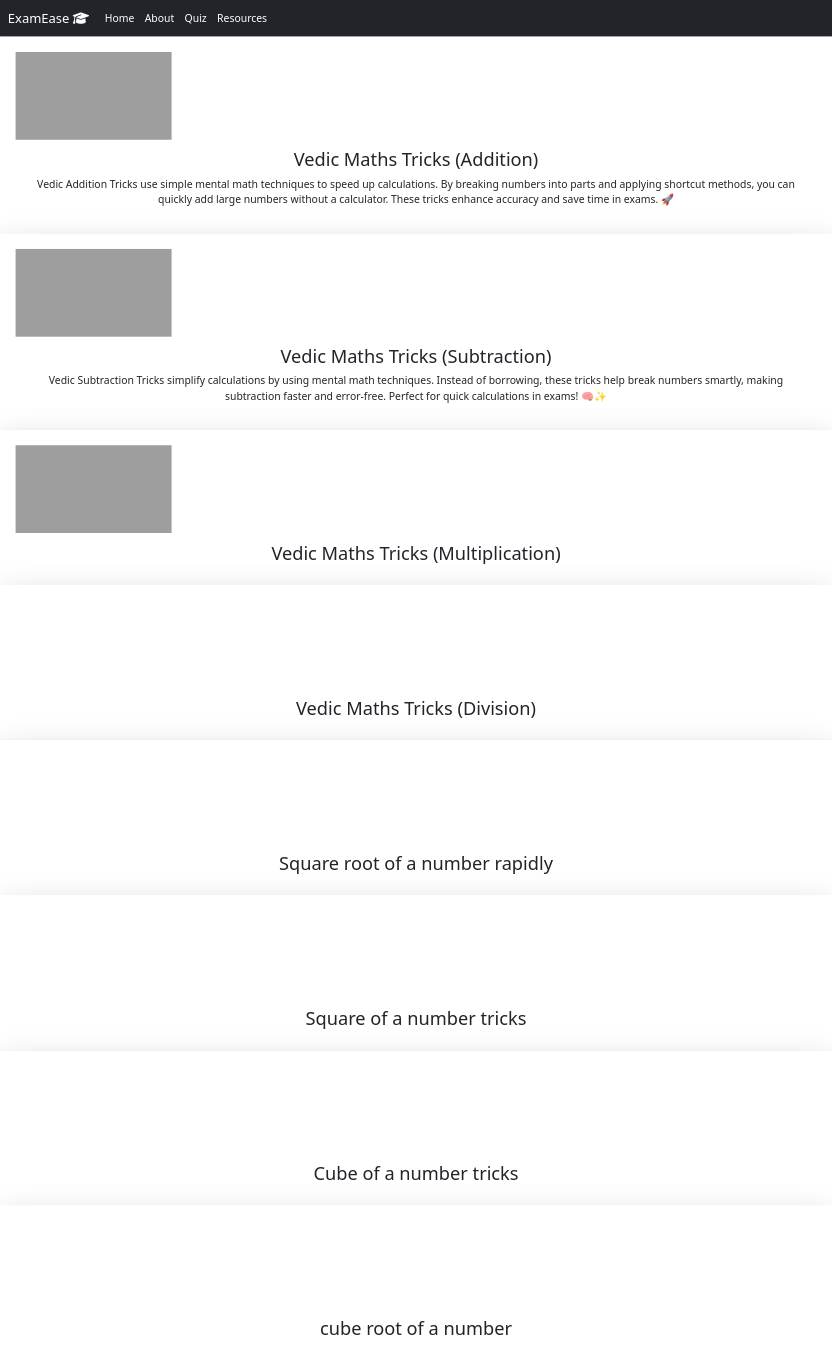
Repository: rahul-chakradhari/devquest
Page: /res (app in project/)
These files come from the project's save history. The page is drawn as it stood at one moment and after the next save; the edit follows.
The browser window is 1280 px wide. The pictures show the whole page, at 65% of full size.
Pictures or frames that could not be fetched are drawn as grey boxes. The project was rebuilt for these pictures with package versions that can differ from the ones it lists, and the page was loaded fresh each time. Also part of the build but not shown: project/vite.config.js, project/src/App.css, project/src/components/Home.jsx, project/src/components/About.jsx, project/src/components/ProgressBar.jsx, project/src/components/PerformanceAnalysis.jsx, project/src/components/Quiz.jsx, project/src/index.css.

Above is the page before, as saved 2025-02-24 14:59:34.

### project/index.html
<!DOCTYPE html>
<html lang="en">
  <head>
    <meta charset="UTF-8" />
    <link rel="icon" type="image/svg+xml" href="/vite.svg" />
    <meta name="viewport" content="width=device-width, initial-scale=1.0" />
    <title>ExamEase - Interactive Quiz & Assessment System</title>
    <link
      href="https://cdn.jsdelivr.net/npm/bootstrap@5.3.3/dist/css/bootstrap.min.css"
      rel="stylesheet"
      integrity="sha384-QWTKZyjpPEjISv5WaRU9OFeRpok6YctnYmDr5pNlyT2bRjXh0JMhjY6hW+ALEwIH"
      crossorigin="anonymous"
    />
    <link rel="stylesheet" href="https://cdnjs.cloudflare.com/ajax/libs/font-awesome/6.5.1/css/all.min.css">

  </head>
  <body>
    <div id="root"></div>
    <script type="module" src="/src/main.jsx"></script>
    <script
      src="https://cdn.jsdelivr.net/npm/bootstrap@5.3.3/dist/js/bootstrap.bundle.min.js"
      integrity="sha384-YvpcrYf0tY3lHB60NNkmXc5s9fDVZLESaAA55NDzOxhy9GkcIdslK1eN7N6jIeHz"
      crossorigin="anonymous"
    ></script>
  </body>
</html>

### project/src/App.jsx
import { useState } from "react";
import "./App.css";
import React from "react";
import { BrowserRouter as Router, Routes, Route } from "react-router-dom";
import Navbar from "./components/Navbar";
import Home from "./components/Home";
import About from "./components/About";
import Quiz from "./components/Quiz";
import ProgressBar from "./components/ProgressBar";
import PerformanceAnalysis from "./components/PerformanceAnalysis";
import Resources from "./components/Resources";

function App() {
  const [count, setCount] = useState(0);
  const [questionStats, setQuestionStats] = useState({});
  return (
    <>
      <Router>
        <Navbar />
        <Routes>
          <Route path="/about" element={<About />} />
          <Route path="/" element={<Home />} />
          <Route path="/quiz" element={<Quiz />} />
          <Route path="/bar" element={<ProgressBar />} />
          <Route
            path="/performance-analysis"
            element={
              <PerformanceAnalysis questionStats={questionStats || {}} />
            }
          />
          <Route path="/res" element={<Resources />} />
        </Routes>
      </Router>
    </>
  );
}

export default App;

### project/src/components/Navbar.jsx
import React from "react";
import { Link } from "react-router-dom";

const Navbar = () => {
  return (
    <nav className="navbar navbar-expand-lg navbar-dark bg-dark">
      <div className="container-fluid">
        <Link className="navbar-brand" to="/">
          ExamEase <i className="fa-solid fa-graduation-cap"></i>
        </Link>
        <button
          className="navbar-toggler"
          type="button"
          data-bs-toggle="collapse"
          data-bs-target="#navbarSupportedContent"
          aria-controls="navbarSupportedContent"
          aria-expanded="false"
          aria-label="Toggle navigation"
        >
          <span className="navbar-toggler-icon"></span>
        </button>
        <div className="collapse navbar-collapse" id="navbarSupportedContent">
          <ul className="navbar-nav me-auto mb-2 mb-lg-0">
            <li className="nav-item">
              <Link className="nav-link active" to="/">
                Home
              </Link>
            </li>
            <li className="nav-item">
              <Link className="nav-link active" to="/about">
                About
              </Link>
            </li>
            <li className="nav-item">
              <Link className="nav-link active" to="/quiz">
                Quiz
              </Link>
            </li>
            <li className="nav-item">
              <Link className="nav-link active" to="/res">
                Resources
              </Link>
            </li>
          </ul>
        </div>
      </div>
    </nav>
  );
};

export default Navbar;

### project/src/components/Resources.jsx
import React from "react";

const resources = [
  {
    title: "Vedic Maths Tricks (Addition)",
    description:
      "Vedic Addition Tricks use simple mental math techniques to speed up calculations. By breaking numbers into parts and applying shortcut methods, you can quickly add large numbers without a calculator. These tricks enhance accuracy and save time in exams. 🚀",
    video: "https://www.youtube.com/embed/Z4J9kf9Z0h0",
  },
  {
    title: "Vedic Maths Tricks (Subtraction)",
    description:
      "Vedic Subtraction Tricks simplify calculations by using mental math techniques. Instead of borrowing, these tricks help break numbers smartly, making subtraction faster and error-free. Perfect for quick calculations in exams! 🧠✨",
    video: "https://www.youtube.com/embed/5XG7WETxBeM",
  },
  {
    title: "Vedic Maths Tricks (Multiplication)",
    video: "https://www.youtube.com/embed/Nl-AG8g5WG8",
  },
  {
    title: "Vedic Maths Tricks (Division)",
    video: "https://www.youtube.com/embed/-9S5wVAms64",
  },
  {
    title: "Square root of a number rapidly",
    video: "https://www.youtube.com/embed/b2GltE6XB-s",
  },
  {
    title: "Square of a number tricks  ",
    video: "https://www.youtube.com/embed/WldtPett0U4",
  },
  {
    title: "Cube of a number tricks",
    video: "https://www.youtube.com/embed/86j_10sMh1o",
  },
  {
    title: "cube root of a number ",
    video: "https://www.youtube.com/embed/e4fxH6I_iHA",
  },
  ,
];

const Resources = () => {
  return (
    <div className="grid grid-cols-1 sm:grid-cols-2 md:grid-cols-3 gap-6">
      {resources.map((item, index) => (
        <div
          key={index}
          className="bg-white p-4 w-80 rounded-lg shadow-lg flex flex-col items-center"
        >
          <iframe
            width="240"
            height="135"
            src={item.video}
            title={item.title}
            frameBorder="0"
            allowFullScreen
            className="rounded-lg block"
          />
          <h3 className="text-lg font-semibold mt-2 text-center">
            {item.title}
          </h3>

          {item.description && (
            <p className="text-sm text-gray-600 mt-2 text-center px-2">
              {item.description}
            </p>
          )}
        </div>
      ))}
    </div>
  );
};

export default Resources;

Loaded but not shown: project/src/main.jsx (common file)

After the next save:
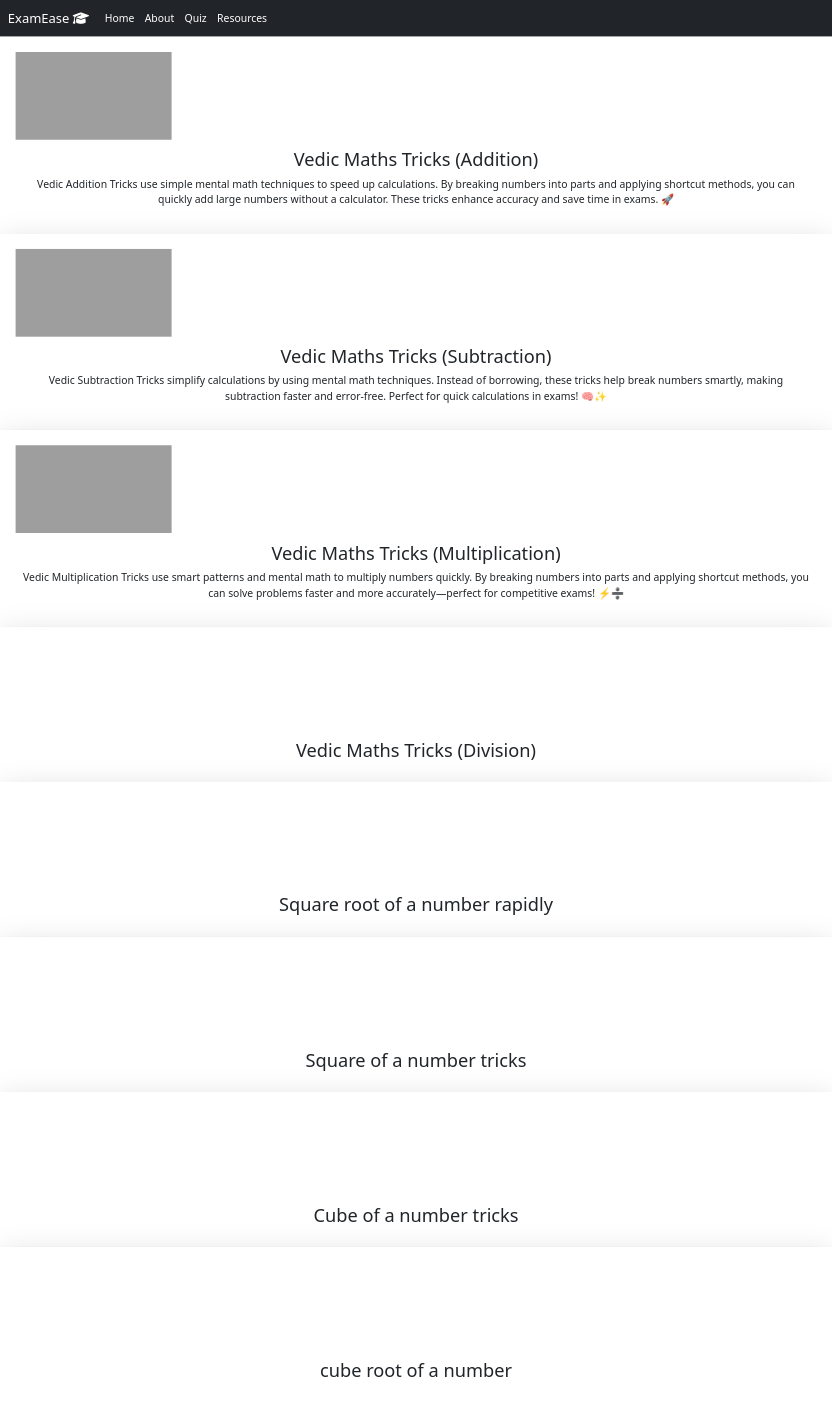
Saved 44 s later.
--- a/project/src/components/Resources.jsx
+++ b/project/src/components/Resources.jsx
@@ -15,6 +15,8 @@ const resources = [
   },
   {
     title: "Vedic Maths Tricks (Multiplication)",
+    description:
+      "Vedic Multiplication Tricks use smart patterns and mental math to multiply numbers quickly. By breaking numbers into parts and applying shortcut methods, you can solve problems faster and more accurately—perfect for competitive exams! ⚡➗",
     video: "https://www.youtube.com/embed/Nl-AG8g5WG8",
   },
   {
